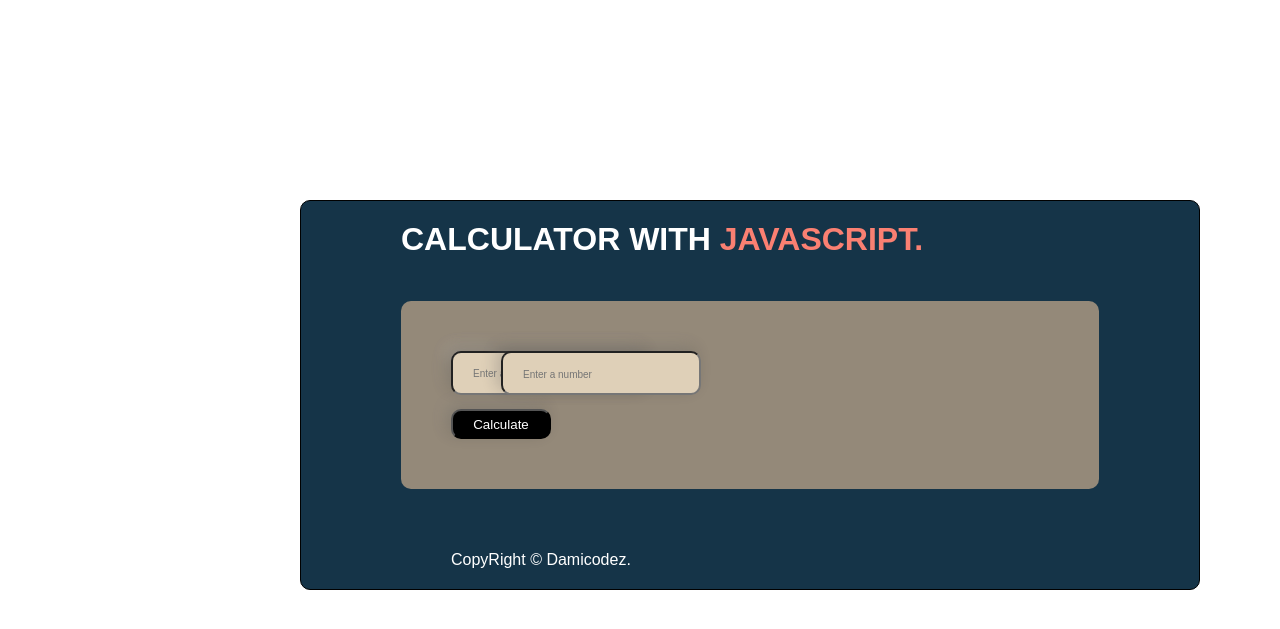
Repository: isaacCodes1/Calculator-with-js
Page: index2.html
The author's editor kept a copy of each file at every save. The page is drawn from the files as they stood at one save, then again after a run of saves.
The browser window is 1280 px wide. The pictures show the whole page.
Some web fonts or font styles are not loaded; a fallback is used.

Above is the page before, as saved 2024-04-22 15:27:16.

### index2.html
<!DOCTYPE html>
<html lang="en">
  <head>
    <meta charset="UTF-8" />
    <meta name="viewport" content="width=device-width, initial-scale=1.0" />
    <title>Arithmetic Calculator</title>
    <link
      href="https://fonts.cdnfonts.com/css/scientific-calculator-lcd"
      rel="stylesheet"
    />

    <link rel="stylesheet" href="style.css" />
    <link rel="stylesheet" href="mediaquery.css">
  </head>
  <body>
    <main>
      <div class="numm">
        <h1 class="he">CALCULATOR WITH <span class="red">JAVASCRIPT.</span></h1>
        <div class="genDiv">
          <input
            class="num1"
            type="number"
            id="num1"
            placeholder="Enter a number"
            style="font-size: 12px"
          />
          <select class="addition" id="operator">
            <option class="opt" value="add">+</option>
            <option class="opt" value="subtract">-</option>
            <option class="opt" value="multiply">*</option>
            <option class="opt" value="divide">/</option>
          </select>
          <input
            class="num7"
            type="number"
            id="num2"
            placeholder="Enter a number"
            /> <br> <br> <br>
          <button class="cal" onclick="calculate()">Calculate</button>
          <div class="copy">
          <p>CopyRight &#169; Damicodez.</p>
        </div>
        </div>
      </div>
      <script src="script.js"></script>
    </main>
  </body>
</html>

### style.css
* {
  margin: 0;
  padding: 0;
  box-sizing: border-box;
  font-family: "Scientific Calculator LCD", sans-serif;
}
.genDiv {
  background: #948979;
  border-radius: 10px;
  padding: 50px 50px;
}

.main {
  background-color: #dfd0b8;
}
.numm {
  position: absolute;
  top: 200px;
  left: 300px;
  width: 900px;
  border: 1px solid;
  border-radius: 10px;
  background: #153448;
  padding-left: 100px;
  padding-bottom: 100px;
  padding-right: 100px;
  padding-top: 100px;
}
.he {
  color: #fff;
  position: absolute;
  top: 20px;
  font-weight: 900;
  font-style: normal;
}
.red {
  color: salmon;
  font-weight: 900;
}
.num1 {
  width: 200px;
  position: absolute;
  box-shadow: -8px -8px 15px rgba(255, 255, 255, 0.1),
    -5px -5px 15px rgba(0, 0, 0, 0.2);
  background: #dfd0b8;
  height: 40px;
  border-radius: 10px;
  padding: 20px;
  outline: none;
}
.num1::placeholder {
  font-size: 10px;
}
.opt {
  background: #000;
  color: #fff;
  outline: none;
}
.addition {
  width: 50px;
  box-shadow: -8px -8px 15px rgba(255, 255, 255, 0.1);
  background: #dfd0b8;
  height: 20px;
  border-radius: 10px;
  font-size: 18px;
}
.num7 {
  width: 200px;
  box-shadow: -8px -8px 15px rgba(255, 255, 255, 0.1),
    -5px -5px 15px rgba(0, 0, 0, 0.2);
  background: #dfd0b8;
  height: 40px;
  position: absolute;
  top: 150px;
  border-radius: 10px;
  padding: 20px;
  outline: none;
}
.num7::placeholder {
  font-size: 10px;
}
.cal {
  width: 100px;
  height: 30px;
  box-shadow: -8px -8px 15px rgba(255, 255, 255, 0.1),
    -5px -5px 15px rgba(0, 0, 0, 0.2);
  background: #000;
  color:  #fff;
  border-radius: 10px;
  padding: 5px;
  transition: 1s ease-in-out;

}
.cal:hover{
    color:#000;
    background-color: #dbdbdb;
    transition: 1s ease-in-out;
    border-radius: 10px;
}
.copy{
    position: absolute;
    top: 350px;
    color: #fff;
}

### mediaquery.css
@media (max-width: 480px) {
  .genDiv {
    /* padding: 50px 20px; */
  }
  .numm {
    top: 200px;
    width: 480px;
    left: 10px;
    padding: 20px;
    margin-right: 50px;
  }
  .num1::placeholder {
    font-size: 8px;
  }
  .num7::placeholder{
    font-size: 8px;
  }
  .he{
    font-size: 10px;
    top: 40px;
  }
}

### script.js
function calculate() {
    var num1 = parseFloat(document.getElementById('num1').value);
    var operator = document.getElementById('operator').value;
    var num2 = parseFloat(document.getElementById('num2').value);

    var result;

    switch (operator) {
      case 'add':
        result = num1 + num2;
        break;
      case 'subtract':
        result = num1 - num2;
        break;
      case 'multiply':
        result = num1 * num2;
        break;
      case 'divide':
        if (num2 !== 0) {
          result = num1 / num2;
        } else {
          console.log('Error: Division by zero');
          return;
        }
        break;
      default:
        console.log('Error: Invalid operator');
        return;
    }



console.log('Result:', result);
}

After the next 7 saves:
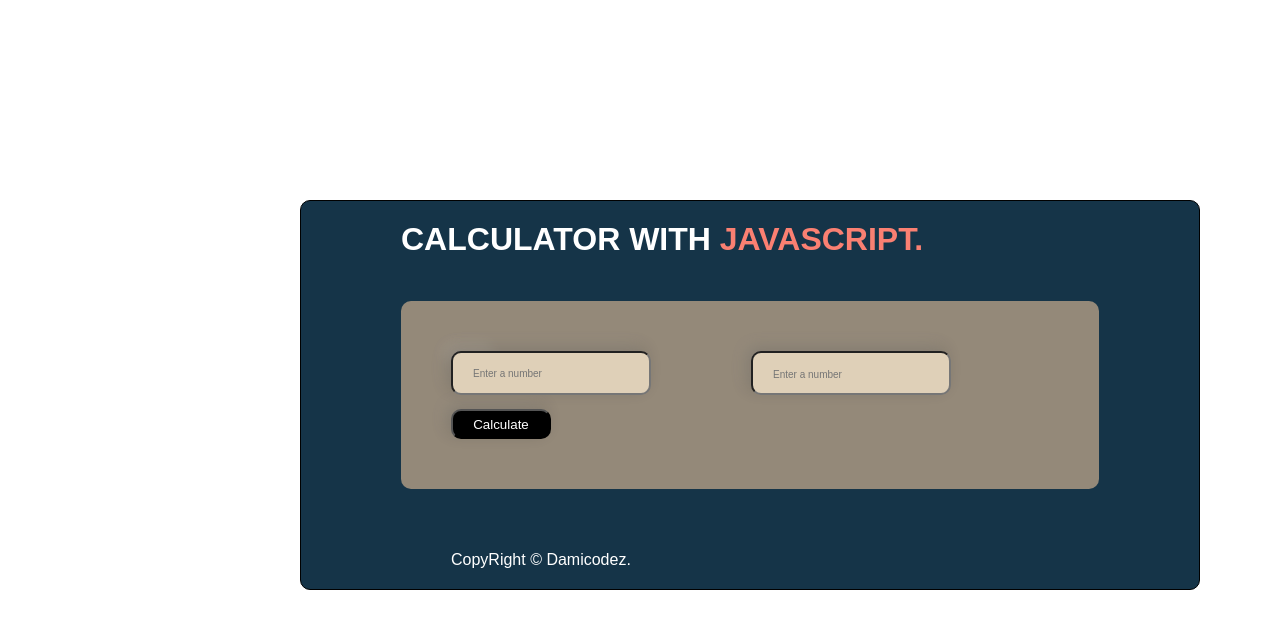
The 7 saves are shown as one change because they came seconds apart.
The last was saved 22 s later.
--- a/style.css
+++ b/style.css
@@ -72,6 +72,7 @@
   height: 40px;
   position: absolute;
   top: 150px;
+  left: 450px;
   border-radius: 10px;
   padding: 20px;
   outline: none;
